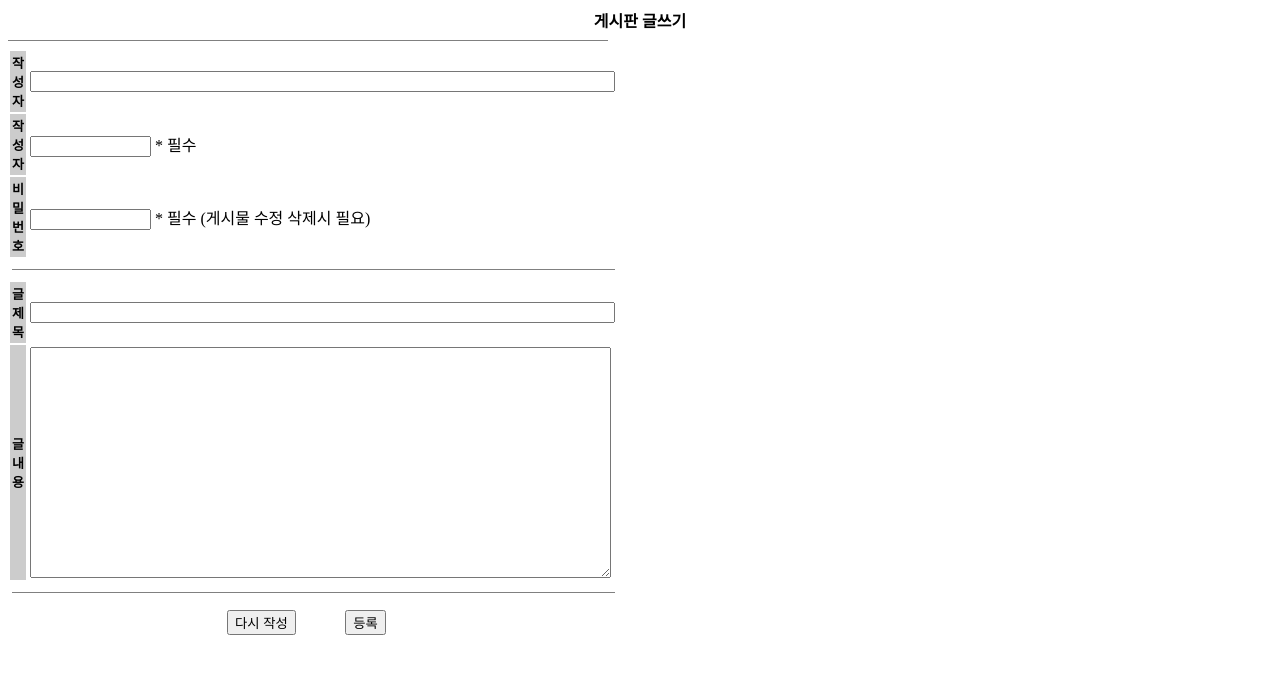
Repository: kalmia26/Capstone
Page: http://localhost/LectureSystem/write2.jsp
An editor plug-in stored every save of this project. The page is shown before and after the next save, followed by the edit.
The browser window is 1280 px wide. The pictures show the whole page.
The page is served by Tomcat 9. Other server files are loaded and not shown.

Above is the page before, as saved 2017-05-08 23:11:57.

### LectureSystem/WebContent/write2.jsp
<%@ page language="java" contentType="text/html; charset=EUC-KR"
    pageEncoding="EUC-KR"%>
<!DOCTYPE html PUBLIC "-//W3C//DTD HTML 4.01 Transitional//EN" "http://www.w3.org/TR/html4/loose.dtd">
<html>
<head>
<meta http-equiv="Content-Type" content="text/html; charset=EUC-KR">
<title>게시판</title>

<SCRIPT language="JavaScript">
function Check() {
	if(Write.name.value.length < 1) {
		alert("작성자를 입력하세요");
		Write.name.focus();
			return false;
	}
	if(Write.pass.value.length < 1) {
		alert("비밀번호를 입력하세요");
		Write.name.focus();
			return false;
	}

	if(Write.title.value.length < 1) {
		alert("제목을 입력하세요.");
		Write.write_title.focus();
			return false;
	}
	if(Write.contents.value.length < 1) {
		alert("글 내용을 입력하세요.");
		Write.content.focus();
			return false;
	}

Write.submit();
}
</SCRIPT>
</head>

<body>
<center> <font size='3'> <b> 게시판 글쓰기 </b></font></center>
<table border='0' width='600' cellpadding='0' cellspacing='0'>
	<tr>
		<td><hr size='1' noshade></td>
	</tr>
</table>

<form Name='write1' action="write_input.jsp" Method='post' onsubmit="return Check()">
	<table border='0' width='600' cellpadding='2' cellspacing='2'>
		<tr>
			<td width='100' bgcolor='cccccc'>
				<font size='2'><center><b>작성자</b></center></font>
			</td>
			<td>
				<font size='2'><input type='text' size='70' maxlength='50' name='title'></font>
			</td>
		</tr>

		<tr>
			<td width='100' bgcolor='cccccc'>
				<font size='2'><center><b>작성자</b></center></font>
			</td>
			<td>
				<p><input type='text' size='12' name='name'> * 필수 </p>
			</td>
		</tr>

		<tr>
			<td width='100' bgcolor='cccccc'>
				<font size='2'><center><b>비밀번호</b></center></font>
			</td>
			<td>
				<p><input type='text' size='12' name='pass'> * 필수 (게시물 수정 삭제시 필요)</p>
			</td>
		</tr>

		<tr>
			<td colspan='2'>
				<hr size='1' noshade>
			</td>
		</tr>

		<tr>
			<td width='100' bgcolor='cccccc'>
				<font size='2'><center><b>글 제목</b></center></font>
			</td>
			<td>
				<font size='2'><input type='text' size='70' maxlength='50' name='title'></font>
			</td>
		</tr>

		<tr>
			<td bgcolor='cccccc'>
				<font size='2'><center><b>글 내용</b></center></font>
			</td>
			<td>
				<font size='2'>
				<textarea cols='70' rows='15' rows='virtual' name='contents'></textarea></font>
			</td>
		</tr>

		<tr>
			<td colspan='2'>
				<hr size='1' noshade>
			</td>
		</tr>

		<tr>
			<td align='center' colspan='2' width='100%'>
			<table>
				<tr>
					<td width='100' align='center'>
						<input type='Reset' value='다시 작성'>
					</td>
					<td width='100' align='center'>
						<input type='submit' value='등록'>
					</td>
				</tr>
			</table>
			</td>
		</tr>
	</table>

</form>

</body>
</html>

After the next save:
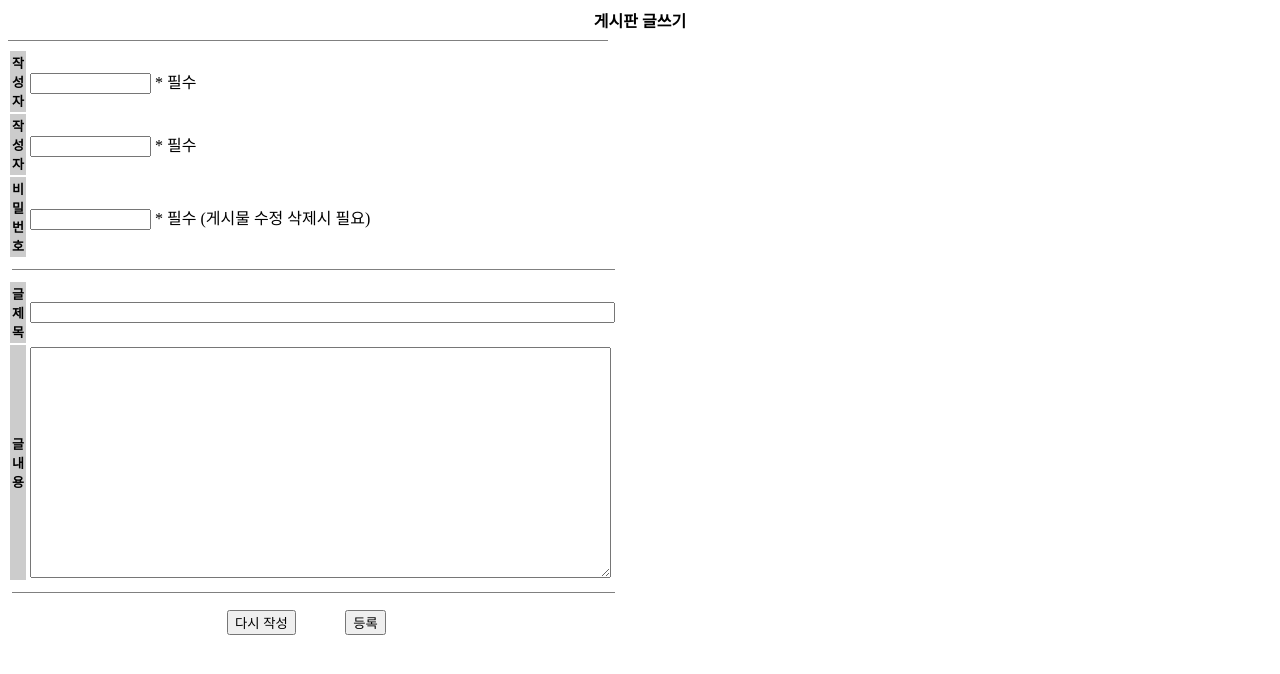
Saved 18 s later.
--- a/LectureSystem/WebContent/write2.jsp
+++ b/LectureSystem/WebContent/write2.jsp
@@ -50,7 +50,7 @@
 				<font size='2'><center><b>작성자</b></center></font>
 			</td>
 			<td>
-				<font size='2'><input type='text' size='70' maxlength='50' name='title'></font>
+				<p><input type='text' size='12' name='name'> * 필수 </p>
 			</td>
 		</tr>
 

After the save that followed:
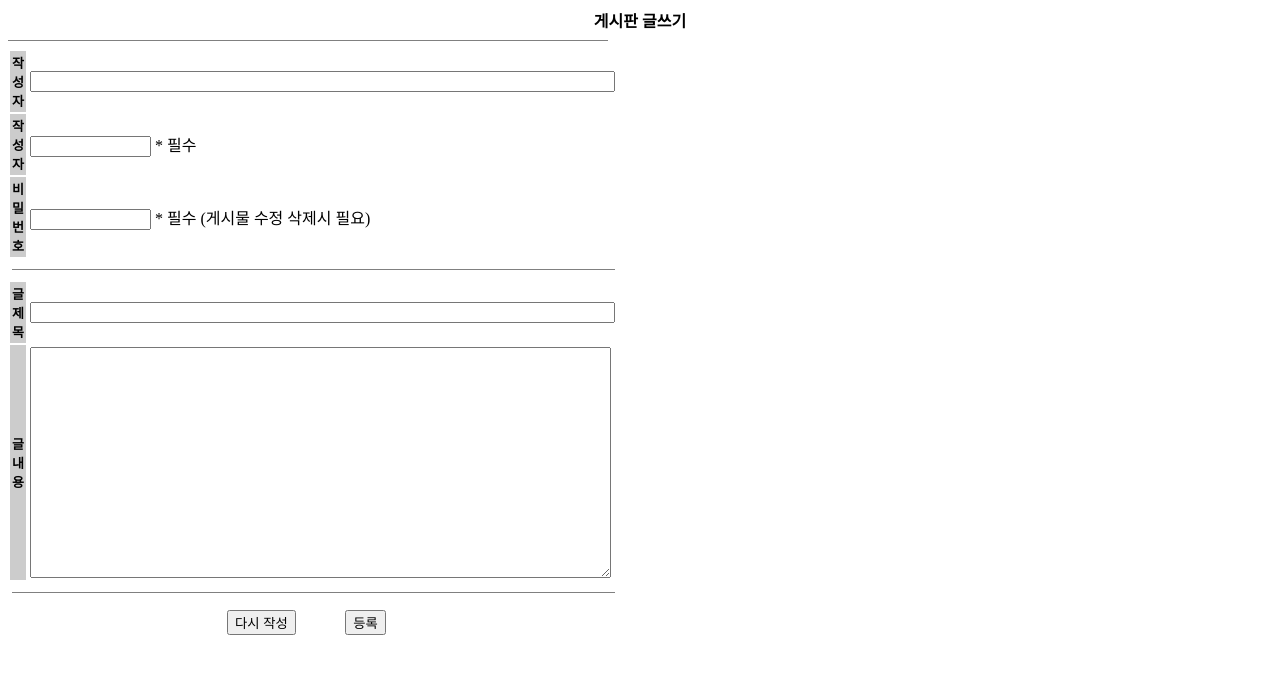
Saved 11 s later.
--- a/LectureSystem/WebContent/write2.jsp
+++ b/LectureSystem/WebContent/write2.jsp
@@ -50,7 +50,7 @@
 				<font size='2'><center><b>작성자</b></center></font>
 			</td>
 			<td>
-				<p><input type='text' size='12' name='name'> * 필수 </p>
+				<font size='2'><input type='text' size='70' maxlength='50' name='title'></font>
 			</td>
 		</tr>
 
